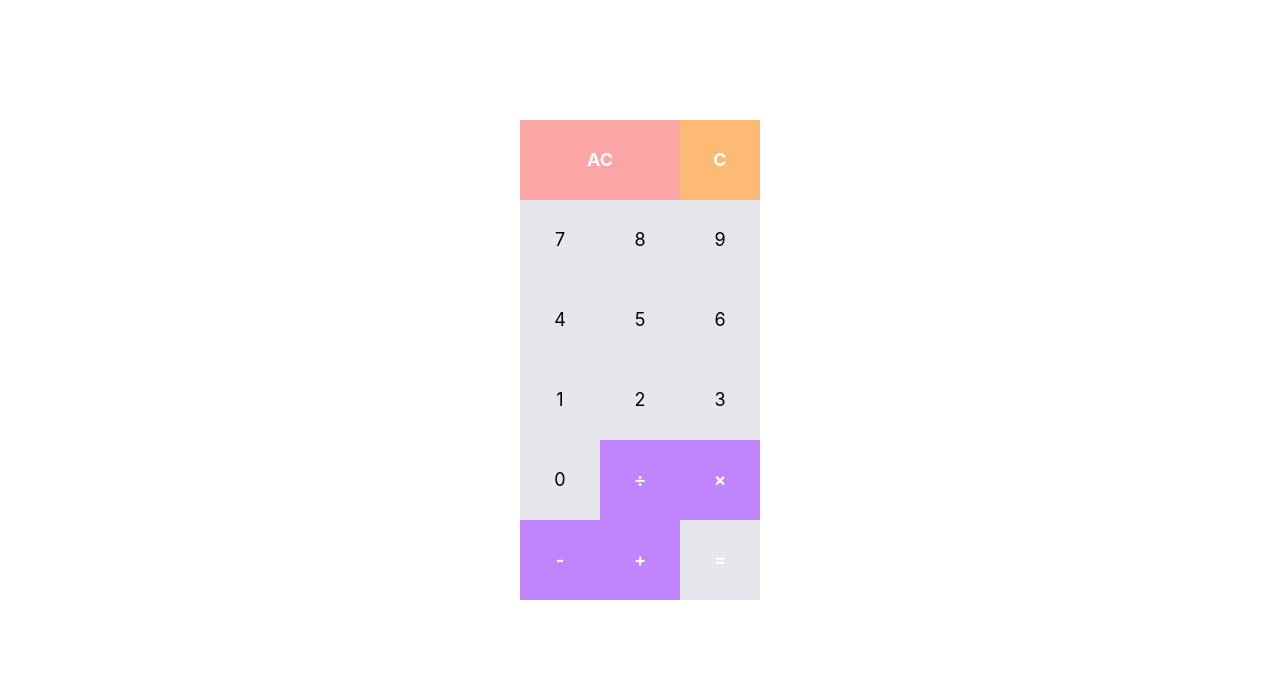
Repository: BrianPhamDev/calculator_app
Page: /
These files come from the project's save history. The page is drawn as it stood at one moment and after the next save; the edit follows.
The browser window is 1280 px wide. The pictures show the whole page.
The project was rebuilt for these pictures with package versions that can differ from the ones it lists, and the page was loaded fresh each time. Also part of the build but not shown: vite.config.js.

Above is the page before, as saved 2024-01-09 14:34:19.

### src/App.jsx
import Calculator from "./components/Calculator";

function App() {
  return (
    <>
      <div className="flex items-center justify-center w-screen h-screen">
        <Calculator></Calculator>
      </div>
    </>
  );
}

export default App;

### src/components/Calculator.jsx
import { calculatorButtons } from "../globals/calculator-button-data";
import { useState } from "react";

const Calculator = () => {
  const specialTypes = {
    operator: "bg-purple-400 hover:bg-purple-300 text-white font-bold",
    enter: "bg-blue-400 hover:bg-blue-300 text-white font-bold",
  };
  const specialClasses = {
    ac: "col-span-2 w-40 bg-red-300 text-white font-bold hover:bg-red-400",
    c: "bg-orange-300 text-white font-bold hover:bg-orange-400",
  };

  const [display, setDisplay] = useState();

  return (
    <div className="">
      <div className="w">
        <h1>{display}</h1>
      </div>
      <div className="grid grid-cols-3">
        {calculatorButtons.map((button) => {
          return (
            <div
              key={button.className}
              className={`bg-gray-200 flex items-center justify-center w-20 h-20 hover:bg-slate-300 text-lg  ${
                specialClasses[button.className] || ""
              }
              ${specialTypes[button.type] || ""}`}
            >
              {button.text}
            </div>
          );
        })}
      </div>
    </div>
  );
};

export default Calculator;

### src/globals/calculator-button-data.js
export const calculatorButtons = [
  {
    type: "clear",
    className: "ac",
    text: "AC",
    value: "All Clear",
  },
  {
    type: "clear",
    className: "c",
    text: "C",
    value: "Clear",
  },
  {
    type: "number",
    className: "seven",
    text: 7,
    value: 7,
  },
  {
    type: "number",
    className: "eight",
    text: 8,
    value: 8,
  },
  {
    type: "number",
    className: "nine",
    text: 9,
    value: 9,
  },

  {
    type: "number",
    className: "four",
    text: 4,
    value: 4,
  },
  {
    type: "number",
    className: "five",
    text: 5,
    value: 5,
  },
  {
    type: "number",
    className: "six",
    text: 6,
    value: 6,
  },

  {
    type: "number",
    className: "one",
    text: 1,
    value: 1,
  },
  {
    type: "number",
    className: "two",
    text: 2,
    value: 2,
  },
  {
    type: "number",
    className: "three",
    text: 3,
    value: 3,
  },
  {
    type: "number",
    className: "zero",
    text: 0,
    value: 0,
  },
  {
    type: "operator",
    className: "divide",
    text: "\u00f7",
    value: "Divide",
  },
  {
    type: "operator",
    className: "multiply",
    text: "\u00d7",
    value: "Multiply",
  },
  {
    type: "operator",
    className: "subtract",
    text: "-",
    value: "Subtract",
  },

  {
    type: "operator",
    className: "add",
    text: "+",
    value: "Add",
  },
  {
    type: "enter",
    className: "equal",
    text: "=",
    value: "Equal",
  },
];

Loaded but not shown: index.html (common file); src/main.jsx (common file); src/index.css (common file); tailwind.config.js (common file)

After the next save:
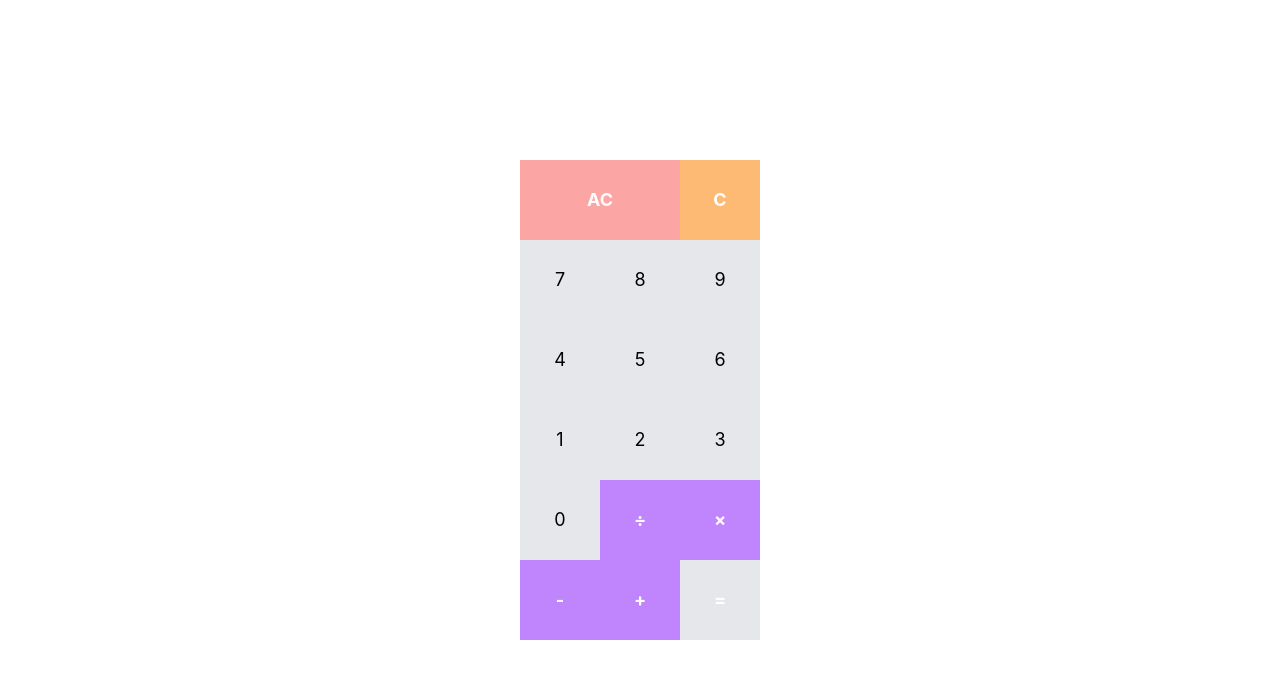
Saved 21 s later.
--- a/src/components/Calculator.jsx
+++ b/src/components/Calculator.jsx
@@ -15,7 +15,7 @@ const Calculator = () => {
 
   return (
     <div className="">
-      <div className="w">
+      <div className="w-60 h-20">
         <h1>{display}</h1>
       </div>
       <div className="grid grid-cols-3">
